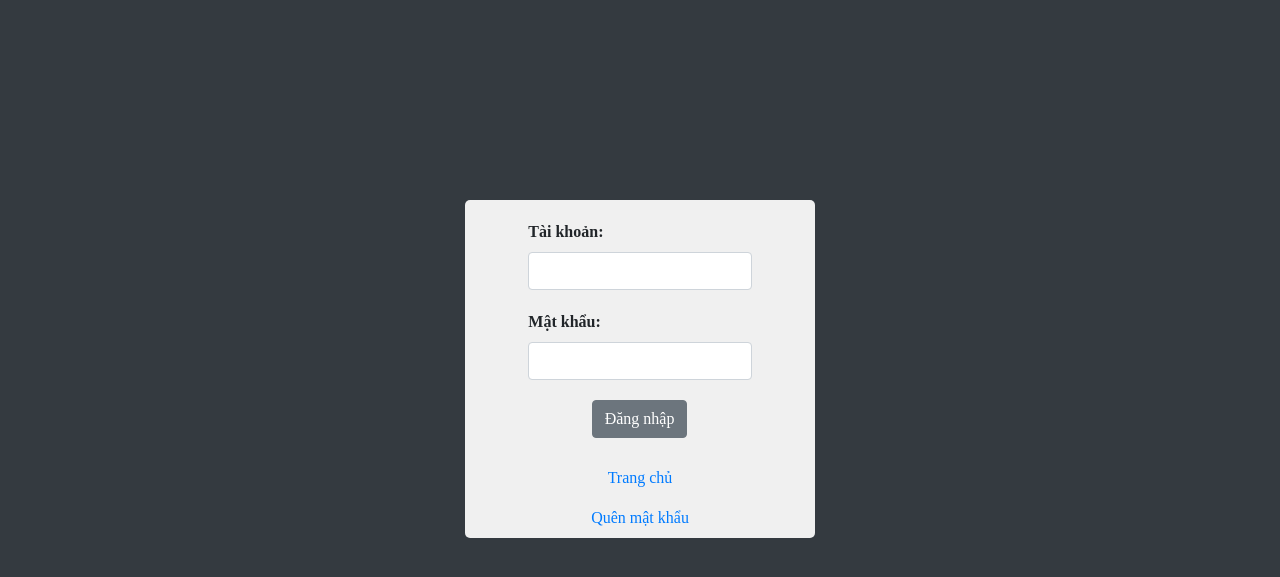
Repository: cuongnh2k/phimmoi
Page: http://localhost/phimmoi/Login.jsp
These files come from the project's save history. The page is drawn as it stood at one moment and after the next save; the edit follows.
The browser window is 1280 px wide. The pictures show the whole page.
Some web fonts or font styles are not loaded; a fallback is used. The page is served by Tomcat 9. Nobody is signed in. The application's start-up code is not run. Other server files are loaded and not shown.

Above is the page before, as saved 2021-08-23 03:01:09.

### phimmoi/src/main/webapp/Login.jsp
<%@ page language="java" contentType="text/html; charset=UTF-8"
	pageEncoding="UTF-8"%>
<%@ taglib prefix="c" uri="http://java.sun.com/jsp/jstl/core"%>
<!doctype html>
<html lang="vi-VN">
<head>
<!-- Required meta tags -->
<meta charset="utf-8">
<meta name="viewport"
	content="width=device-width, initial-scale=1, shrink-to-fit=no">
<!-- Bootstrap CSS -->
<link rel="stylesheet"
	href="https://cdn.jsdelivr.net/npm/bootstrap@4.6.0/dist/css/bootstrap.min.css"
	integrity="sha384-B0vP5xmATw1+K9KRQjQERJvTumQW0nPEzvF6L/Z6nronJ3oUOFUFpCjEUQouq2+l"
	crossorigin="anonymous">
<!-- Bootstrap JS -->
<script src="https://code.jquery.com/jquery-3.5.1.slim.min.js"
	integrity="sha384-DfXdz2htPH0lsSSs5nCTpuj/zy4C+OGpamoFVy38MVBnE+IbbVYUew+OrCXaRkfj"
	crossorigin="anonymous"></script>
<script
	src="https://cdn.jsdelivr.net/npm/bootstrap@4.6.0/dist/js/bootstrap.bundle.min.js"
	integrity="sha384-Piv4xVNRyMGpqkS2by6br4gNJ7DXjqk09RmUpJ8jgGtD7zP9yug3goQfGII0yAns"
	crossorigin="anonymous"></script>
<!-- Bootstrap ICON -->
<link rel="stylesheet"
	href="https://cdn.jsdelivr.net/npm/bootstrap-icons@1.5.0/font/bootstrap-icons.css">
<!-- font google -->
<link rel="stylesheet"
	href="https://fonts.googleapis.com/css?family=Sofia">
<title>Đăng nhập</title>
</head>

<style>
.khung {
	margin: auto;
	margin-top: 200px;
}

@media screen and (max-width: 500px) {
	.khung {
		margin-top: 150px;
	}
}

@media screen and (max-width: 450px) {
	.khung {
		margin-top: 100px;
	}
}

@media screen and (max-width: 400px) {
	.khung {
		margin-top: 50px;
	}
}

@media screen and (max-width: 350px) {
	.khung {
		margin-top: 0px;
	}
}
</style>
<body class="bg-dark" style="font-family: Trirong, serif;">
	<div
		style="width: 350px; border-radius: 5px; background-color: rgb(240, 240, 240);"
		class="khung">
		<form action="#" method="post">
			<div class="row">
				<div class="col-2"></div>
				<div class="col-8" style="margin-top: 20px;">
					<label for="taiKhoan"><b>Tài khoản:</b></label>
				</div>
				<div class="col-2"></div>
				<div class="col-2"></div>
				<div class="col-8">
					<input class="form-control" id="taiKhoan" name="taiKhoan"
						type="text">
				</div>
				<div class="col-2"></div>
				<div class="col-2"></div>
				<div class="col-8" style="margin-top: 20px;">
					<label for="matKhau"><b>Mật khẩu:</b></label>
				</div>
				<div class="col-2"></div>
				<div class="col-2"></div>
				<div class="col-8">
					<input class="form-control" id="matKhau" name="matKhau"
						type="password">
				</div>
				<div class="col-2"></div>

				<div class="col-4"></div>
				<div class="col-4" style="margin-top: 20px;">
					<input type="submit" value="Đăng nhập" class="btn btn-secondary">
				</div>
				<div class="col-4"></div>
				<div class="col-12 text-center" style="margin-top: 20px;">
					<a href="home" class="text-center nav-link">Trang chủ</a>
				</div>
				<div class="col-12 text-center" margin-bottom: 20px;">
					<a href="#" class="text-center nav-link">Quên mật khẩu</a>
				</div>
			</div>

		</form>
	</div>
</body>
</html>

After the next save:
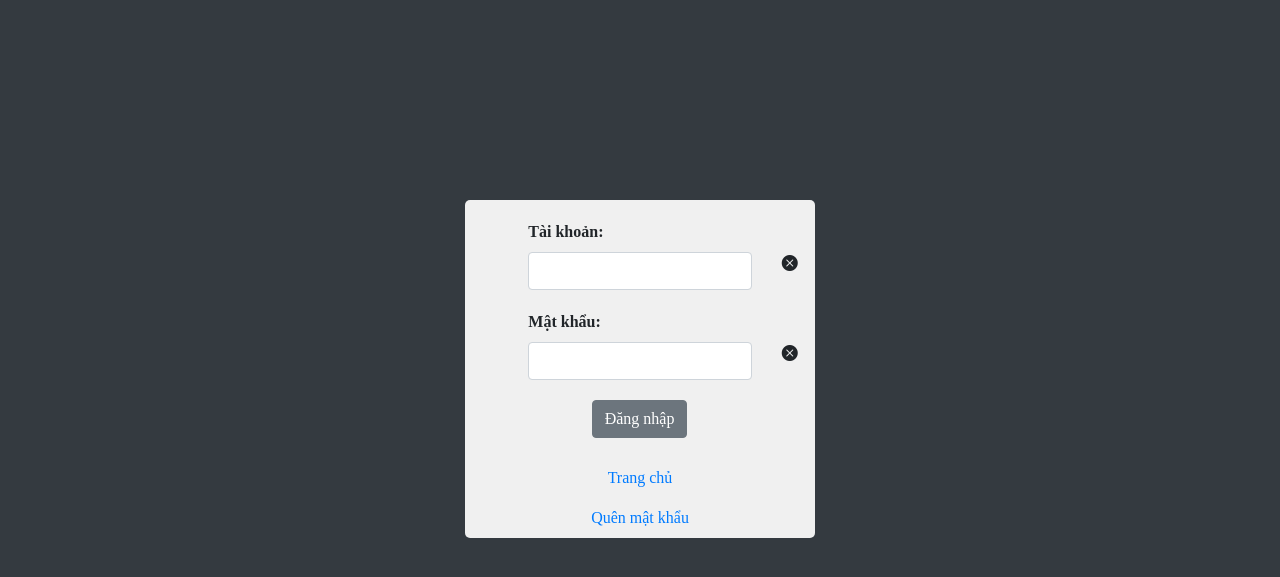
Saved 96 s later.
--- a/phimmoi/src/main/webapp/Login.jsp
+++ b/phimmoi/src/main/webapp/Login.jsp
@@ -76,7 +76,7 @@
 					<input class="form-control" id="taiKhoan" name="taiKhoan"
 						type="text">
 				</div>
-				<div class="col-2"></div>
+				<div class="col-2"><i class="bi bi-x-circle-fill"></i></div>
 				<div class="col-2"></div>
 				<div class="col-8" style="margin-top: 20px;">
 					<label for="matKhau"><b>Mật khẩu:</b></label>
@@ -87,7 +87,7 @@
 					<input class="form-control" id="matKhau" name="matKhau"
 						type="password">
 				</div>
-				<div class="col-2"></div>
+				<div class="col-2"><i class="bi bi-x-circle-fill"></i></div>
 
 				<div class="col-4"></div>
 				<div class="col-4" style="margin-top: 20px;">
